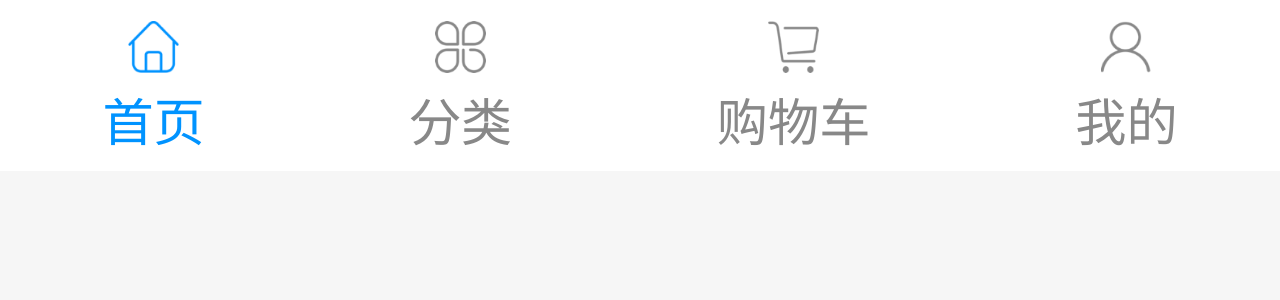
Repository: 421538074/sell
Page: consumer/home.html
The author's editor kept a copy of each file at every save. The page is drawn from the files as they stood at one save, then again after the next save.
The browser window is 1280 px wide. The pictures show the whole page.

Above is the page before, as saved 2019-05-31 16:16:11.

After the next save:
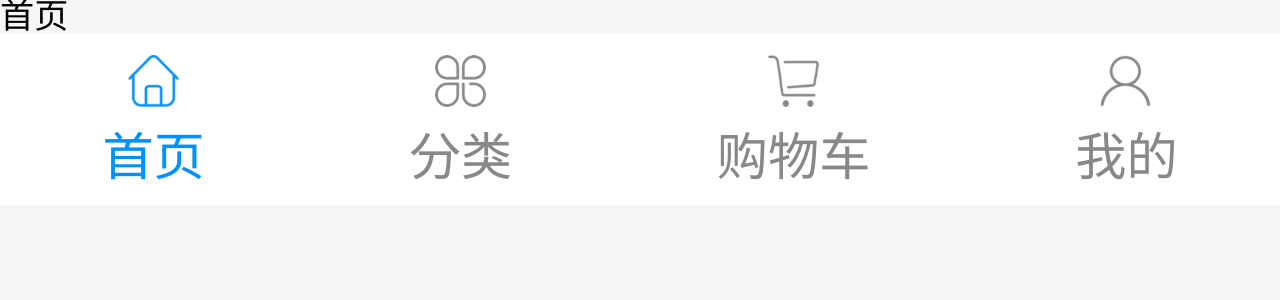
Saved 21 s later.
--- a/consumer/home.html
+++ b/consumer/home.html
@@ -13,9 +13,9 @@
 
 <body>
     <div id="app" class="content">
-        <!-- <nav class="nav-bar-wrapper">
-            <p class="nav-bar-title">首页</p>
-        </nav> -->
+        <header class="title">
+            首页
+        </header>
         <nav class="tool-bar-wrapper">
             <a href="javascript:;" class="nav-item active">
                 <img src="../img/home-active.png" class="nav-item-icon">
